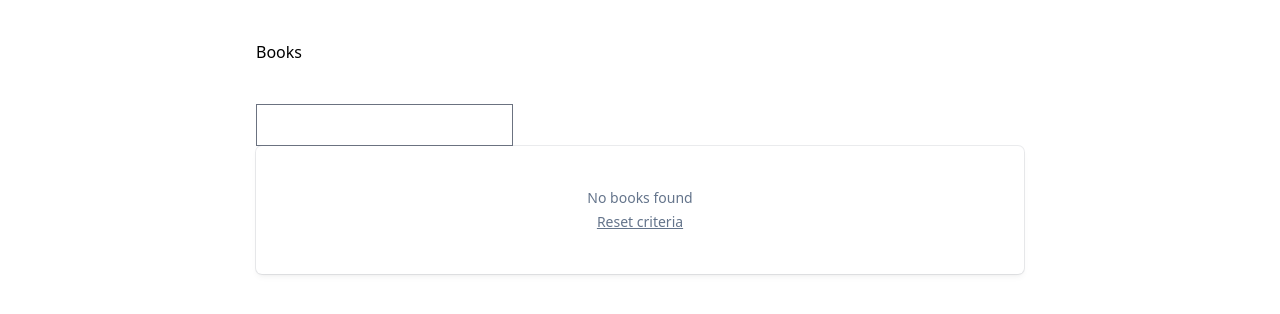
Repository: Haakim19/Laravel-Learn
Page: http://localhost/books
These files come from the project's save history. The page is drawn as it stood at one moment and after the next save; the edit follows.
The browser window is 1280 px wide. The pictures show the whole page.
Some web libraries are served in a nearby version. The page is served by the project's Laravel application, run on PHP 8.4 with Laravel 12. Queries for data that is not in the repository find no rows.

Above is the page before, as saved 2025-02-06 01:10:10.

After the next save:
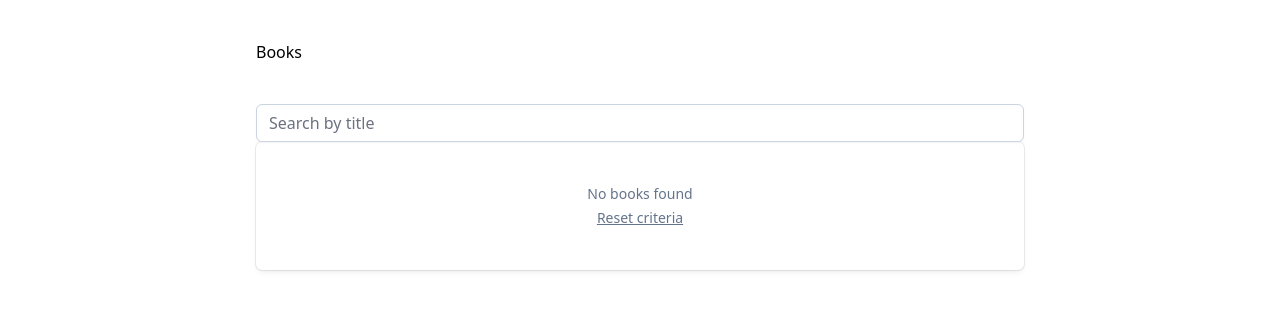
Saved 22 s later.
--- a/Book-Reviews/resources/views/books/index.blade.php
+++ b/Book-Reviews/resources/views/books/index.blade.php
@@ -4,7 +4,8 @@
     <h1 class = "mb-10 text-2x2">Books</h1>
 
     <form action="{{ route('books.index') }}" method="GET">
-        <input type="text">
+        <input type="text" name="title" placeholder="Search by title"
+        class="input">
     </form>
     <ul>
         @forelse ($books as $book)
